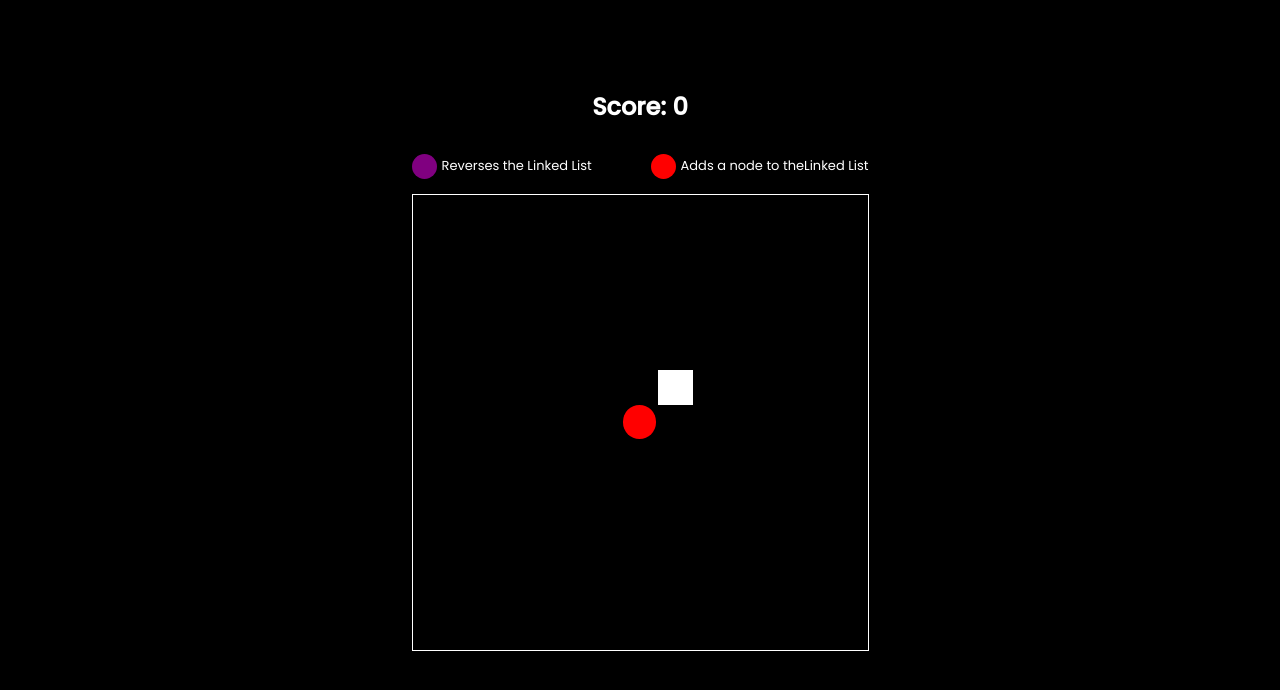
Repository: rehans-Life/linkedlist-snake-game
Page: /
An editor plug-in stored every save of this project. The page is shown before and after the next save, followed by the edit.
The browser window is 1280 px wide. The pictures show the whole page.
The project was rebuilt for these pictures with package versions that can differ from the ones it lists, and the page was loaded fresh each time. The framework's server and built-in components were replaced by stand-ins that run in the browser. Also part of the build but not shown: next.config.js.

Above is the page before, as saved 2023-04-16 02:49:53.

### pages/index.js
import Head from "next/head";
import styles from "../styles/Home.module.css";
import Board from "../components/Board";

export default function Home() {
  return (
    <div className={styles.container}>
      <Head>
        <title>Linked List Snake Game</title>
        <meta name="description" content="linked list snake game" />
        <link rel="icon" href="/favicon.ico" />
      </Head>
      <Board />
    </div>
  );
}

### styles/globals.css
@import url("https://fonts.googleapis.com/css2?family=Poppins:wght@100;200;300;400;500&display=swap");

html,
body {
  padding: 0;
  margin: 0;
}

a {
  color: inherit;
  text-decoration: none;
}

* {
  box-sizing: border-box;
  font-family: Poppins;
}

button {
  margin: 0;
  padding: 0;
}

### styles/Home.module.css
.container {
  background-color: rgb(0, 0, 0);
  height: 100vh;
  display: flex;
  align-items: center;
  justify-content: center;
}

.board {
  border: 1px solid white;
}

.score {
  color: white;
  width: 100%;
  text-align: center;
}

.row {
  display: flex;
  align-items: center;
  justify-content: center;
}

.cell {
  width: 35px;
  height: 35px;
}

.snake_cell {
  background-color: green;
}

.food_cell {
  position: relative;
}

.food_cell::before {
  content: "";
  height: 95%;
  position: absolute;
  width: 95%;
  border-radius: 50%;
  background-color: red;
}

.reverse_cell {
  position: relative;
}

.reverse_cell::before {
  content: "";
  height: 95%;
  position: absolute;
  width: 95%;
  border-radius: 50%;
  background-color: purple;
}

.head {
  background-color: white;
}

.circle {
  height: 25px;
  width: 25px;
  border-radius: 50%;
}

.reverse {
  background-color: purple;
}

.food {
  background-color: red;
}

.text {
  color: white;
  font-size: 13px;
}

.info {
  display: flex;
  align-items: center;
  justify-content: space-between;
  column-gap: 5px;
}

.infos {
  display: flex;
  align-items: center;
  justify-content: space-between;
  margin-bottom: 5px;
}

### components/Board.jsx
/* eslint-disable react-hooks/exhaustive-deps */
import React, { useEffect, useState } from "react";
import styles from "../styles/Home.module.css";
import { createBoard, randomIntInIntervel } from "../utils";

const BOARD_SIZE = 13;

// A Class to represent each node of the linked list
class Node {
  constructor(value, row, col) {
    this.value = value;
    this.row = row;
    this.col = col;
    this.next = null;
  }
}

// A class to represent the singly linked list
class SinglyLinkedList {
  constructor(head) {
    let node = new Node(head.value, head.row, head.col);
    this.head = node;
    this.tail = node;
  }
}

const Direction = {
  UP: "UP",
  RIGHT: "RIGHT",
  DOWN: "DOWN",
  LEFT: "LEFT",
};

const reverseDirection = {
  UP: "DOWN",
  RIGHT: "LEFT",
  DOWN: "UP",
  LEFT: "RIGHT",
};

const initialRow = Math.floor(BOARD_SIZE / 2);

export default function Board() {
  const [board, setBoard] = useState(createBoard(BOARD_SIZE));

  // A set to store the values of all snake cells intially our snake will be of size
  // one cell and start from the 44th cells.
  const [snakeCells, setSnakeCells] = useState(new Set([]));

  // A linked list for our snake initally going to have only one node which
  // is at cell 44.
  const [linkedlist, setLinkedList] = useState(
    new SinglyLinkedList({ value: 80, row: 5, col: 4 })
  );

  const [foodCell, setFoodCell] = useState(85);
  const [direction, setDirection] = useState(Direction.RIGHT);

  const [reverseLinkedList, setReverseLinkedList] = useState(false);
  const [counter, setCounter] = useState(0);

  useEffect(() => {
    window.addEventListener("keydown", (e) => {
      handleKeyDown(e.key);
    });
    let gameStartInternal = setInterval(() => {
      setLinkedList((currLinkedList) => moveLinkedList(currLinkedList));
    }, 250);
    return () => {
      clearInterval(gameStartInternal);
    };
  }, [direction, foodCell, snakeCells]);

  useEffect(() => {
    setSnakeCells((currSnakeCells) => moveSnakeCells(currSnakeCells));
  }, [linkedlist]);

  useEffect(() => {
    setCounter((curr) => curr + 1);
  }, [foodCell]);

  function handleKeyDown(key) {
    const direction = getDirectionFromKey(key);
    if (direction === "") return;
    setDirection(direction);
  }

  const getDirectionFromKey = (key) => {
    if (key === "ArrowUp") return Direction.UP;
    if (key === "ArrowRight") return Direction.RIGHT;
    if (key === "ArrowDown") return Direction.DOWN;
    if (key === "ArrowLeft") return Direction.LEFT;
    return "";
  };

  function moveLinkedList(originalLinkedlist) {
    let linkedList = copyLinkedList(originalLinkedlist);
    let currHead = linkedList.head;
    let newHead = createNewNodeInDirection(board, currHead);

    if (!newHead) {
      setFoodCell(85);
      setDirection(Direction.RIGHT);
      setCounter(0);
      return new SinglyLinkedList({ value: 80, row: 5, col: 4 });
    }

    currHead.next = newHead;
    if (newHead.value === foodCell) {
      if (reverseLinkedList) {
        let reversedLinkedList = createReverseLinkedList(linkedList);
        let newDirection = newReverseDirection(originalLinkedlist.tail);
        setDirection(newDirection);
        while (true) {
          let newFoodCell = randomIntInIntervel(
            1,
            board[BOARD_SIZE - 1][BOARD_SIZE - 1]
          );
          if (!snakeCells.has(newFoodCell)) {
            setReverseLinkedList(Math.random() < 0.3);
            setFoodCell(newFoodCell);
            break;
          }
        }
        return { head: reversedLinkedList.head, tail: currHead };
      }

      let growthCell = createNewNodeForGrowth(board, linkedList.tail);
      let temp = linkedList.tail;
      linkedList.tail = growthCell;
      linkedList.tail.next = temp;

      while (true) {
        let newFoodCell = randomIntInIntervel(
          1,
          board[BOARD_SIZE - 1][BOARD_SIZE - 1]
        );
        if (!snakeCells.has(newFoodCell)) {
          setReverseLinkedList(Math.random() < 0.3);
          setFoodCell(newFoodCell);
          break;
        }
      }
    }
    return { head: newHead, tail: linkedList.tail.next };
  }

  function newReverseDirection(currHead) {
    let newDirection;
    let nextToHead = currHead.next;

    if (!nextToHead) {
      if (direction === "RIGHT") newDirection = reverseDirection["RIGHT"];
      else if (direction === "LEFT") newDirection = reverseDirection["LEFT"];
      else if (direction === "UP") newDirection = reverseDirection["UP"];
      else newDirection = reverseDirection["DOWN"];
      return newDirection;
    }

    if (direction === "RIGHT") {
      if (nextToHead.col === currHead.col - 1) {
        newDirection = "RIGHT";
      } else {
        newDirection = "LEFT";
      }
    }

    if (direction === "LEFT") {
      if (nextToHead.col === currHead.col + 1) {
        newDirection = "LEFT";
      } else {
        newDirection = "RIGHT";
      }
    }

    if (direction === "UP") {
      if (nextToHead.row === currHead.row + 1) {
        newDirection = "UP";
      } else {
        newDirection = "DOWN";
      }
    }

    if (direction === "DOWN") {
      if (nextToHead.row === currHead.row - 1) {
        newDirection = "DOWN";
      } else {
        newDirection = "UP";
      }
    }
    return newDirection;
  }

  function createReverseLinkedList(linkedList) {
    let tail = linkedList.tail;
    let curr = null;
    let prev = tail;

    while (prev) {
      let temp = prev.next;
      prev.next = curr;
      curr = prev;
      prev = temp;
    }

    return { head: tail, tail: curr };
  }

  function createNewNodeForGrowth(board, currTail) {
    let newTail;
    if (direction === "LEFT")
      newTail = new Node(
        board[currTail.row][currTail.col + 1],
        currTail.row,
        currTail.col + 1
      );
    else if (direction === "RIGHT")
      newTail = new Node(
        board[currTail.row][currTail.col - 1],
        currTail.row,
        currTail.col - 1
      );
    else if (direction === "DOWN") {
      if (currTail.row - 1 < 0) {
        newTail = new Node(
          board[currTail.row + 1][currTail.col],
          currTail.row + 1,
          currTail.col
        );
      } else {
        newTail = new Node(
          board[currTail.row - 1][currTail.col],
          currTail.row - 1,
          currTail.col
        );
      }
    } else if (direction === "UP") {
      if (currTail.row + 1 >= BOARD_SIZE) {
        newTail = new Node(
          board[currTail.row - 1][currTail.col],
          currTail.row - 1,
          currTail.col
        );
      } else {
        newTail = new Node(
          board[currTail.row + 1][currTail.col],
          currTail.row + 1,
          currTail.col
        );
      }
    }

    return newTail;
  }

  function createNewNodeInDirection(board, currHead) {
    let newHead = false;
    if (
      direction === "LEFT" &&
      currHead.col - 1 >= 0 &&
      !snakeCells.has(board[currHead.row][currHead.col - 1])
    )
      newHead = new Node(
        board[currHead.row][currHead.col - 1],
        currHead.row,
        currHead.col - 1
      );
    else if (
      direction === "RIGHT" &&
      currHead.col + 1 < BOARD_SIZE &&
      !snakeCells.has(board[currHead.row][currHead.col + 1])
    )
      newHead = new Node(
        board[currHead.row][currHead.col + 1],
        currHead.row,
        currHead.col + 1
      );
    else if (
      direction === "DOWN" &&
      currHead.row + 1 < BOARD_SIZE &&
      !snakeCells.has(board[currHead.row + 1][currHead.col])
    )
      newHead = new Node(
        board[currHead.row + 1][currHead.col],
        currHead.row + 1,
        currHead.col
      );
    else if (
      direction === "UP" &&
      currHead.row - 1 >= 0 &&
      !snakeCells.has(board[currHead.row - 1][currHead.col])
    )
      newHead = new Node(
        board[currHead.row - 1][currHead.col],
        currHead.row - 1,
        currHead.col
      );
    return newHead;
  }

  function copyLinkedList(linkedList) {
    let node = linkedList.tail;
    let newNode = new Node(node.value, node.row, node.col);
    let newTail = newNode;
    while (node.next) {
      let next = node.next;
      let newNext = new Node(next.value, next.row, next.col);
      node = next;
      newNode.next = newNext;
      newNode = newNext;
    }
    return {
      head: newNode,
      tail: newTail,
    };
  }

  function moveSnakeCells() {
    let movedSnake = [];
    let node = linkedlist.tail;

    while (node) {
      movedSnake.push(node.value);
      node = node.next;
    }
    movedSnake.reverse();
    return new Set(movedSnake);
  }

  const infos = [
    {
      color: "purple",
      text: "Reverses the Linked List",
    },
    {
      color: "red",
      text: "Adds a node to theLinked List",
    },
  ];

  const Info = ({ text, color }) => {
    return (
      <div className={styles.info}>
        <div
          className={`${styles.circle} ${
            color === "purple" ? styles.reverse : styles.food
          }`}
        ></div>
        <p className={styles.text}>{text}</p>
      </div>
    );
  };

  return (
    <div>
      <h2 className={styles.score}>Score: {counter}</h2>
      <div className={styles.infos}>
        {infos.map(({ color, text }, index) => (
          <Info text={text} color={color} key={index} />
        ))}
      </div>
      <div className={styles.board}>
        {board.map((row, i) => (
          <div key={i} className={styles.row}>
            {row.map((value, j) => (
              <div
                key={j}
                className={`${styles.cell} ${
                  linkedlist.head.value === value
                    ? styles.head
                    : snakeCells.has(value)
                    ? styles.snake_cell
                    : reverseLinkedList && value === foodCell
                    ? styles.reverse_cell
                    : value === foodCell
                    ? styles.food_cell
                    : ""
                }`}
              ></div>
            ))}
          </div>
        ))}
      </div>
    </div>
  );
}

### utils.js
export const randomIntInIntervel = (max, min) => {
  return Math.floor(Math.random() * (max - min + 1)) + min;
};

export const createBoard = (board_size) => {
  // All the cells which have a certain value assigned to them
  let board = [];
  let counter = 1;
  for (let i = 0; i < board_size; i++) {
    let row = [];
    for (let j = 0; j < board_size; j++) row.push(counter++);
    board.push(row);
  }
  return board;
};

Loaded but not shown: pages/_app.js (common file)

After the next save:
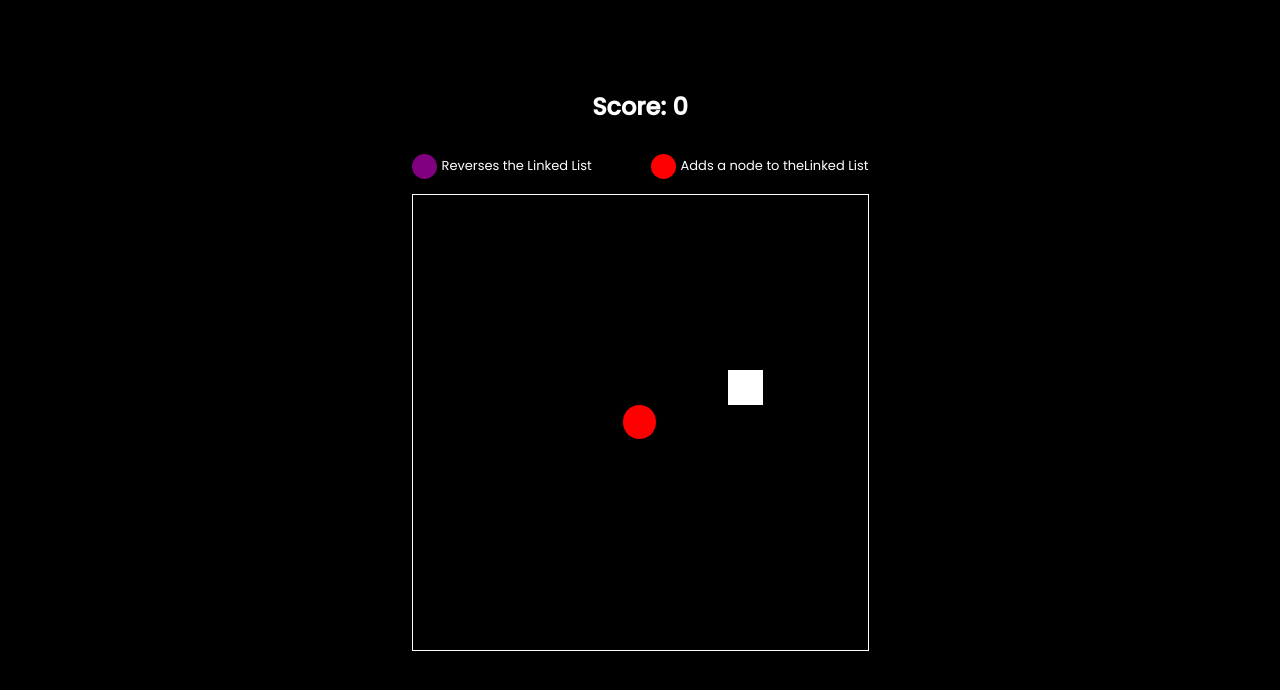
Saved 33 s later.
--- a/components/Board.jsx
+++ b/components/Board.jsx
@@ -39,18 +39,25 @@ const reverseDirection = {
 };
 
 const initialRow = Math.floor(BOARD_SIZE / 2);
+const initialCol = Math.floor(BOARD_SIZE / 2);
 
 export default function Board() {
   const [board, setBoard] = useState(createBoard(BOARD_SIZE));
 
   // A set to store the values of all snake cells intially our snake will be of size
   // one cell and start from the 44th cells.
-  const [snakeCells, setSnakeCells] = useState(new Set([]));
+  const [snakeCells, setSnakeCells] = useState(
+    new Set([board[initialRow][initialCol]])
+  );
 
   // A linked list for our snake initally going to have only one node which
   // is at cell 44.
   const [linkedlist, setLinkedList] = useState(
-    new SinglyLinkedList({ value: 80, row: 5, col: 4 })
+    new SinglyLinkedList({
+      value: board[initialRow][initialCol],
+      row: initialRow,
+      col: initialCol,
+    })
   );
 
   const [foodCell, setFoodCell] = useState(85);
